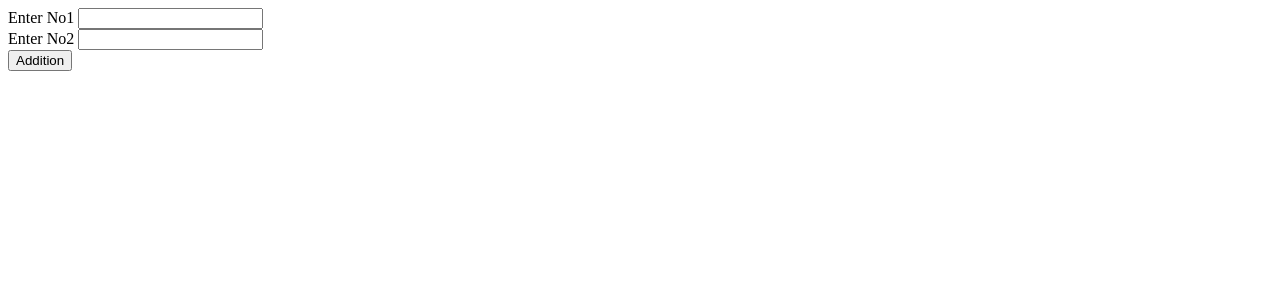
Repository: PriyaVijay28/Java-fullstack-Hands-on-
Page: http://localhost/MyWebProject/Calculator.jsp
An editor plug-in stored every save of this project. The page is shown before and after the next save, followed by the edit.
The browser window is 1280 px wide. The pictures show the whole page.
The page is served by Tomcat 9. Other server files are loaded and not shown.

Above is the page before, as saved 2024-11-09 08:47:45.

### Servlet/MyWebProject/src/main/webapp/Calculator.jsp
<%@ page language="java" contentType="text/html; charset=UTF-8"
    pageEncoding="UTF-8"%>
<!DOCTYPE html>
<html>
<head>
<meta charset="UTF-8">
<title>Insert title here</title>
</head>
<body>
<form action="Calculator" method="post">
Enter No1 <input type="text" name="n1"><br>
Enter No2 <input type="text" name="n2"><br>
<input type="submit" value="Addition">

</form>
</body>
</html>

After the next save:
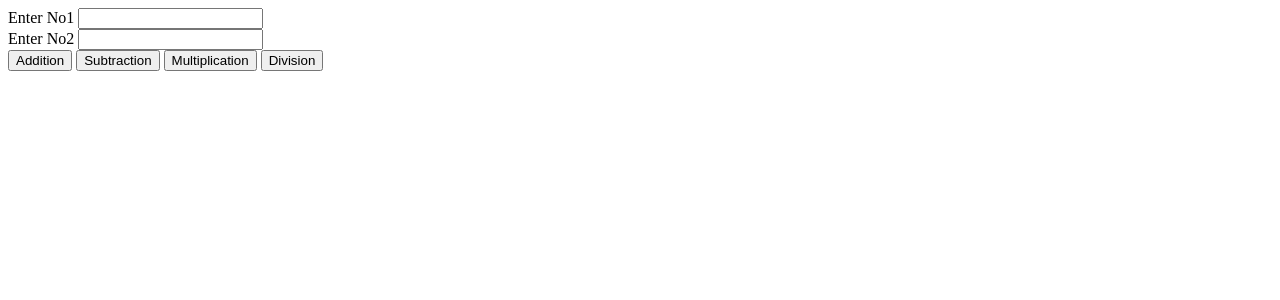
Saved 11 min 6 s later.
--- a/Servlet/MyWebProject/src/main/webapp/Calculator.jsp
+++ b/Servlet/MyWebProject/src/main/webapp/Calculator.jsp
@@ -10,7 +10,10 @@
 <form action="Calculator" method="post">
 Enter No1 <input type="text" name="n1"><br>
 Enter No2 <input type="text" name="n2"><br>
-<input type="submit" value="Addition">
+<input type="submit" value="Addition" name="btn">
+<input type="submit" value="Subtraction" name="btn">
+<input type="submit" value="Multiplication" name="btn">
+<input type="submit" value="Division" name="btn">
 
 </form>
 </body>
